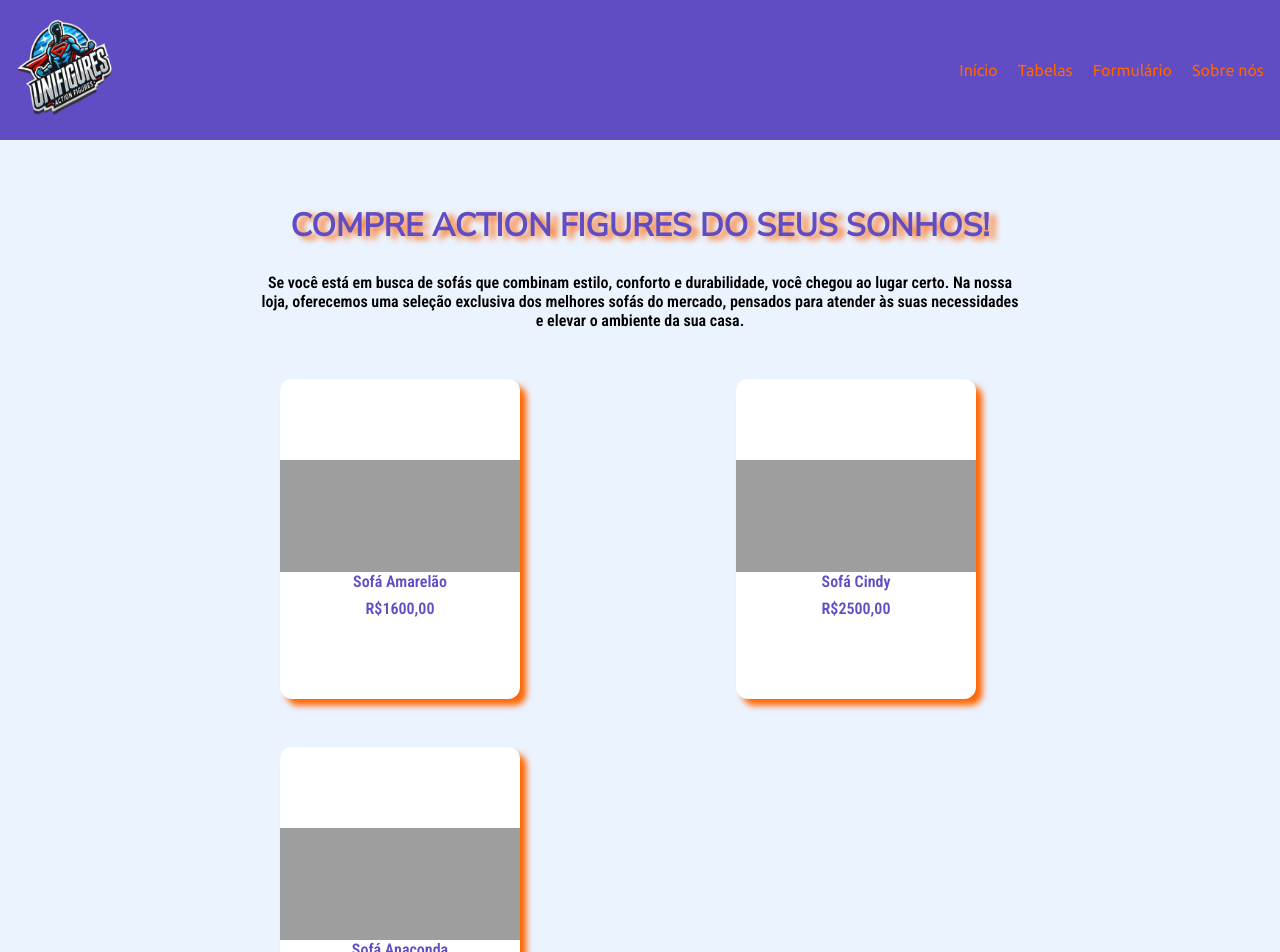
Repository: rafaelhaltarribaFacul/projeto-site
Page: home.html
The author's editor kept a copy of each file at every save. The page is drawn from the files as they stood at one save, then again after the next save.
The browser window is 1280 px wide. The pictures show the part of the page from y = 0 to 952 px (the page is 1788 px tall).
Pictures or frames that could not be fetched are drawn as grey boxes. A picture or video elsewhere on the page could not be fetched, so the positions and the page height are approximate. Some web fonts or font styles are not loaded; a fallback is used.

Above is the page before, as saved 2024-09-19 20:36:03.

After the next save:
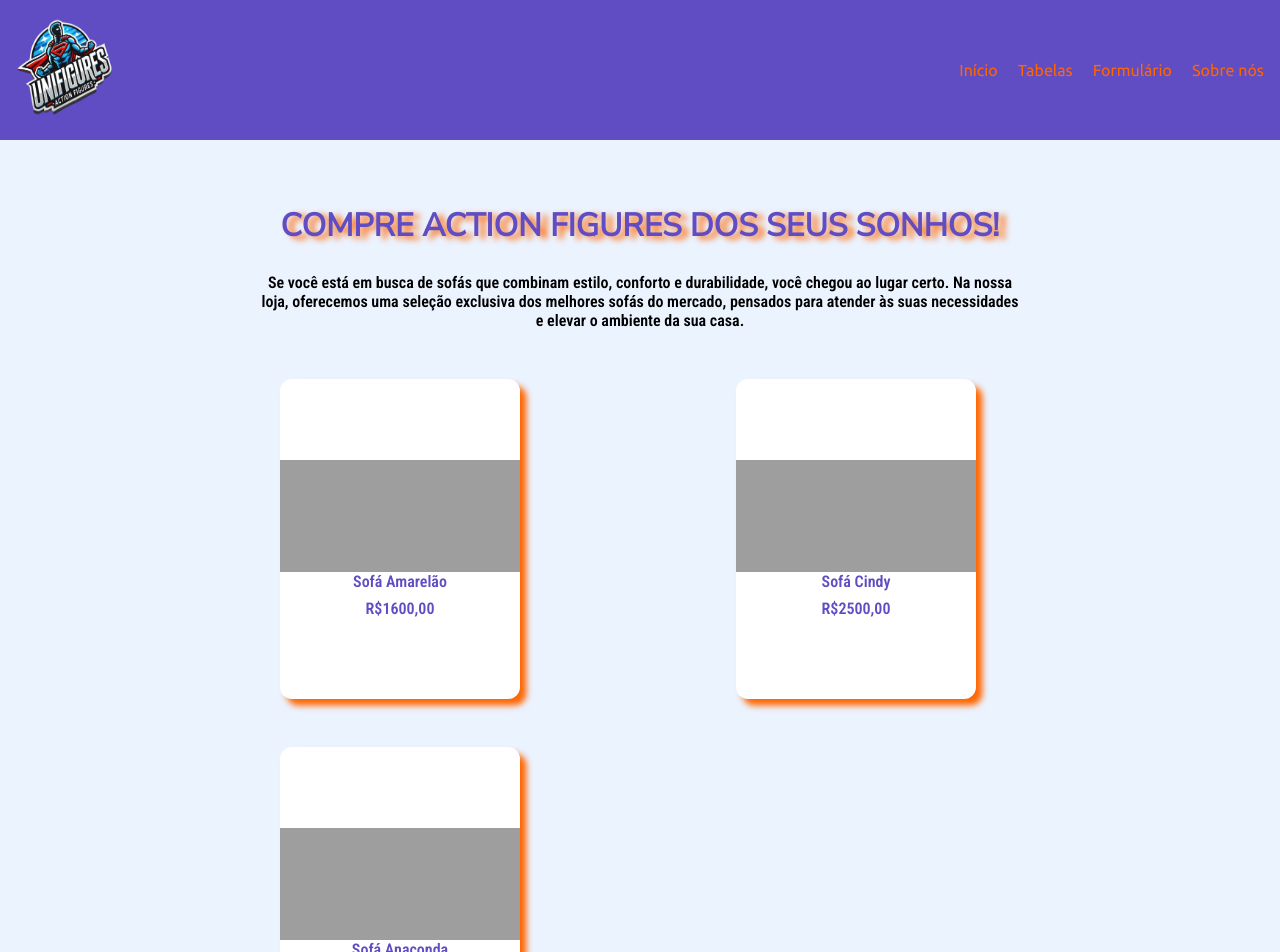
Saved 13 s later.
--- a/home.html
+++ b/home.html
@@ -23,7 +23,7 @@
     <main>
       <div class="C-titulo">
         <div class="titulo">
-          <h1>COMPRE ACTION FIGURES DO SEUS SONHOS!</h1>
+          <h1>COMPRE ACTION FIGURES DOS SEUS SONHOS!</h1>
         </div>
         <p>
           Se você está em busca de sofás que combinam estilo, conforto e
